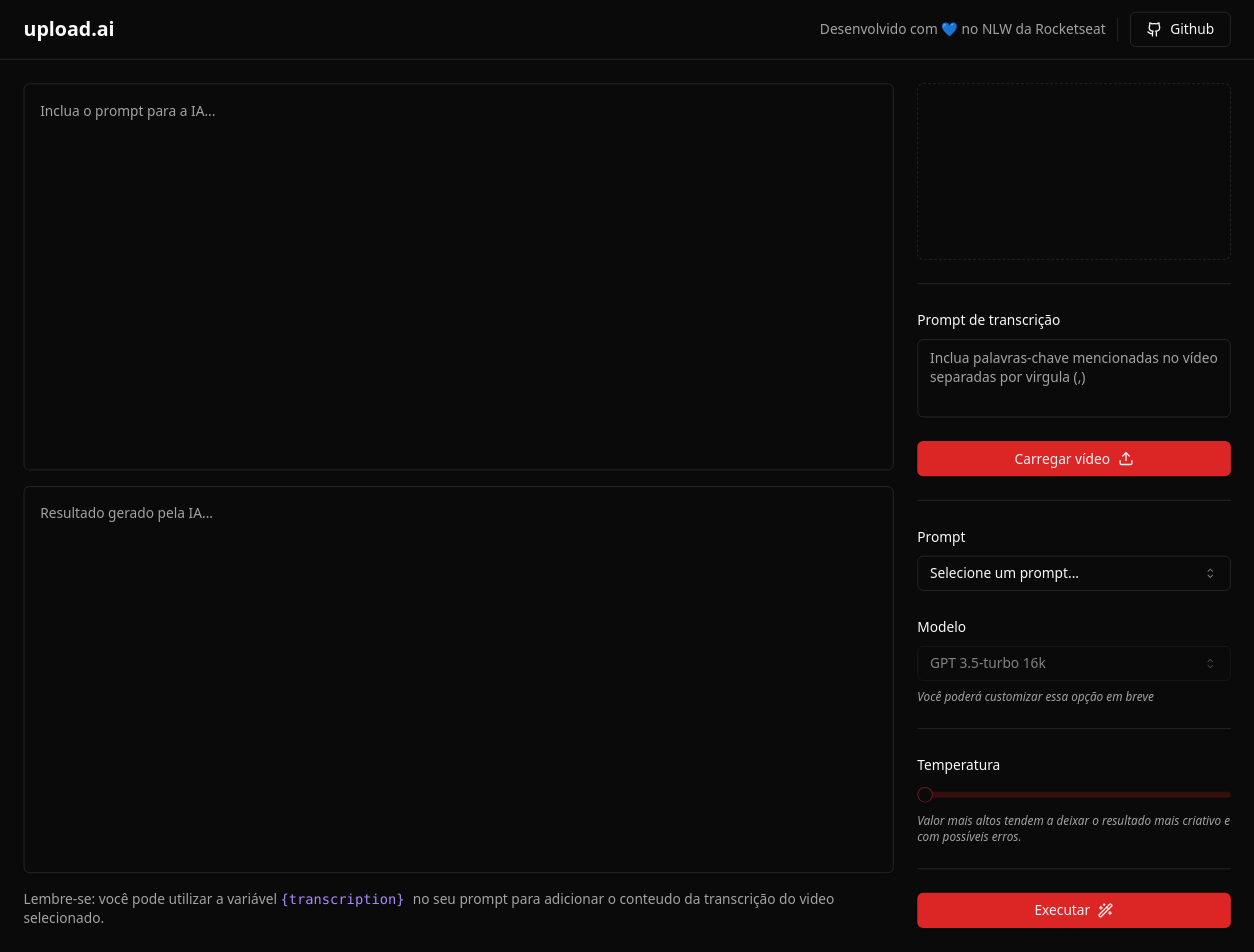
Repository: ricardolimati/upload-ai-web
Page: /
An editor plug-in stored every save of this project. The page is shown before and after a run of saves, followed by the edit.
The browser window is 1280 px wide. The pictures show the whole page, at 98% of full size.
The project was rebuilt for these pictures with package versions that can differ from the ones it lists, and the page was loaded fresh each time. Also part of the build but not shown: vite.config.ts.

Above is the page before, as saved 2023-09-17 23:43:31.

After the next 12 saves:
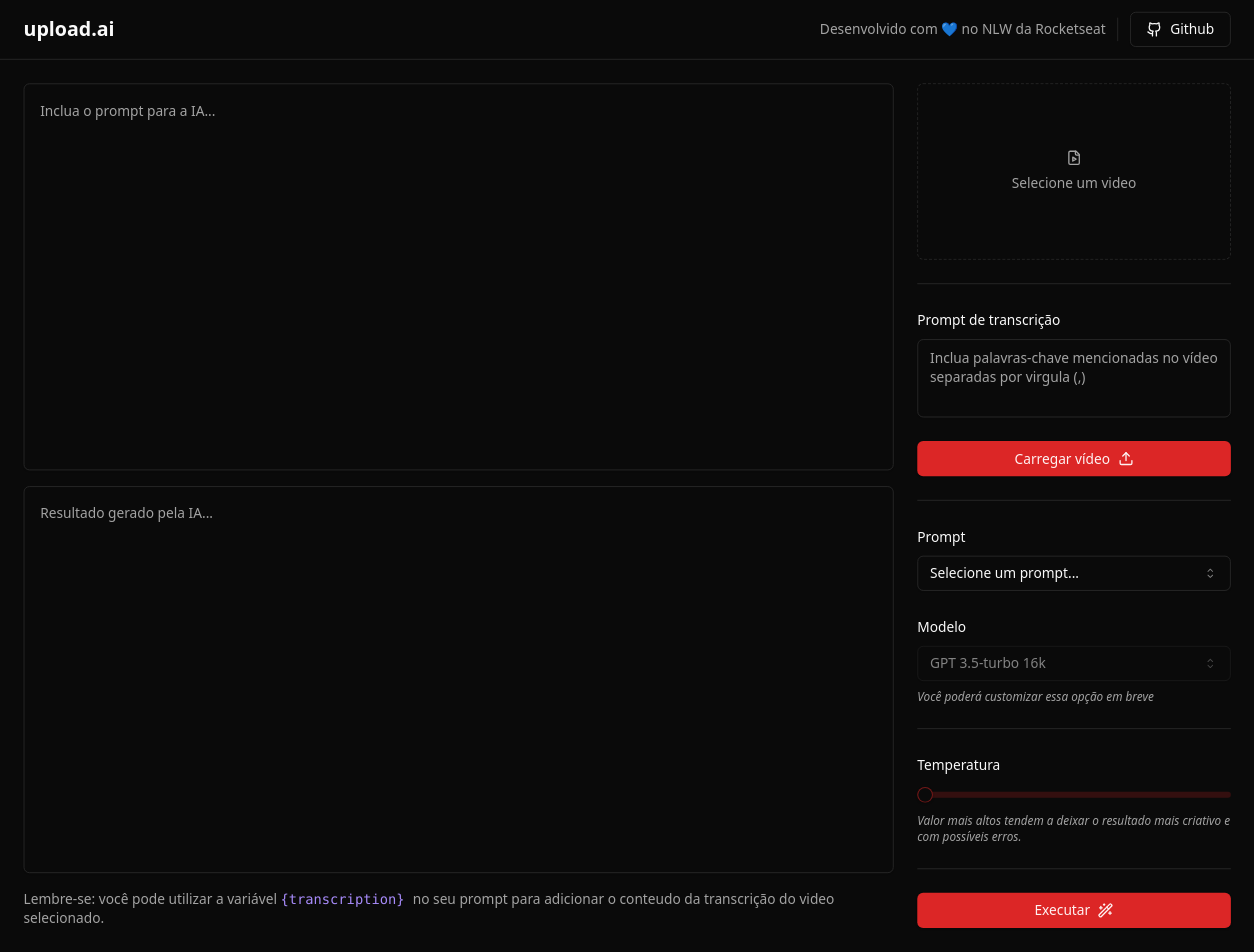
The 12 saves are shown as one change because 2 did not build or start and some came seconds apart.
The last was saved 45 s later.
--- a/src/components/video-input-form.tsx
+++ b/src/components/video-input-form.tsx
@@ -27,7 +27,12 @@ export function VideoInputForm(){
     htmlFor="video"
     className="border flex rounded-md aspect-video cursor-pointer border-dashed text-sm flex-col gap-2 items-center justify-center text-muted-foreground hover:bg-primary/5"
     >
-     {}
+     {videoFile ? 'oi': (
+      <>
+       <FileVideo className="w-4 h-4" />
+       Selecione um video
+       </>
+      )}
     </label>
     <input type="file" id="video" accept="video/mp4" className="sr-only" onChange={handleFileSelected}/>
     <Separator />
